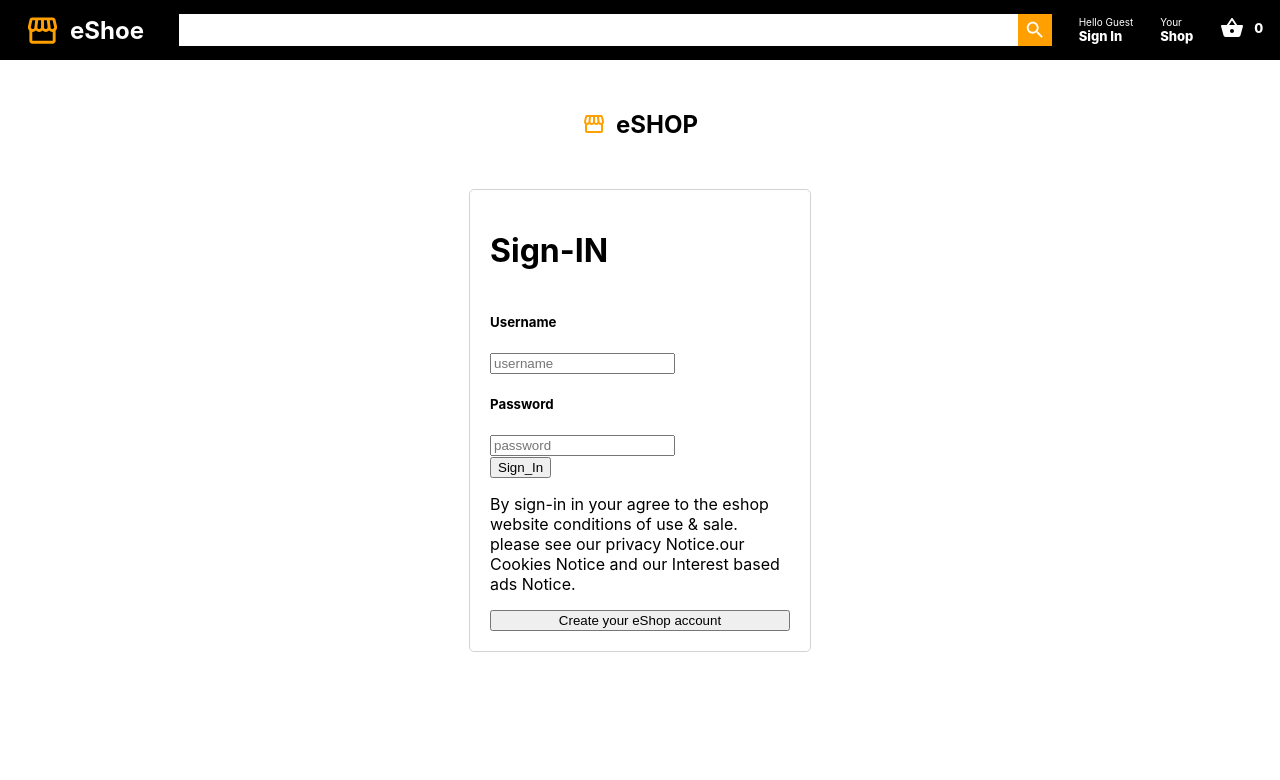
Repository: sandeepreddyvitta/react
Page: /login (app in eshop/)
These files come from the project's save history. The page is drawn as it stood at one moment and after the next save; the edit follows.
The browser window is 1280 px wide. The pictures show the whole page.
The project was rebuilt for these pictures with package versions that can differ from the ones it lists, and the page was loaded fresh each time. Also part of the build but not shown: eshop/src/components/products/product.scss, eshop/src/components/products/Product.js, eshop/src/components/home/home.scss, eshop/src/components/home/Home.js, eshop/src/components/checkOut/checkout.scss, eshop/src/components/checkOut/checkoutproduct.scss, eshop/src/components/checkOut/CheckOutProduct.js, eshop/src/components/checkOut/subtotal.scss and 2 more.

Above is the page before, as saved 2022-12-07 11:42:22.

### eshop/public/index.html
<!DOCTYPE html>
<html lang="en">

<head>
  <meta charset="utf-8" />
  <link rel="icon" href="%PUBLIC_URL%/favicon.ico" />
  <meta name="viewport" content="width=device-width, initial-scale=1" />
  <meta name="theme-color" content="#000000" />
  <meta name="description" content="Web site created using create-react-app" />
  <link rel="apple-touch-icon" href="%PUBLIC_URL%/logo192.png" />
  <!--
      manifest.json provides metadata used when your web app is installed on a
      user's mobile device or desktop. See https://developers.google.com/web/fundamentals/web-app-manifest/
    -->
  <link rel="manifest" href="%PUBLIC_URL%/manifest.json" />

  <!--
      Notice the use of %PUBLIC_URL% in the tags above.
      It will be replaced with the URL of the `public` folder during the build.
      Only files inside the `public` folder can be referenced from the HTML.

      Unlike "/favicon.ico" or "favicon.ico", "%PUBLIC_URL%/favicon.ico" will
      work correctly both with client-side routing and a non-root public URL.
      Learn how to configure a non-root public URL by running `npm run build`.
    -->
  <title>eShop</title>
</head>

<body>
  <noscript>You need to enable JavaScript to run this app.</noscript>
  <div id="root"></div>
  <!--
      This HTML file is a template.
      If you open it directly in the browser, you will see an empty page.

      You can add webfonts, meta tags, or analytics to this file.
      The build step will place the bundled scripts into the <body> tag.

      To begin the development, run `npm start` or `yarn start`.
      To create a production bundle, use `npm run build` or `yarn build`.
    -->
</body>

</html>

### eshop/src/index.js
import React from 'react';
import ReactDOM from 'react-dom/client';
import './index.css';
import App from './App';
import reportWebVitals from './reportWebVitals';
import reducer, { initialState } from './components/data/reducer';
import { StateProvider } from './components/data/StateProvider';

const root = ReactDOM.createRoot(document.getElementById('root'));
root.render(
  <React.StrictMode>
    <StateProvider initialState={initialState} reducer={reducer}>
      <App />
    </StateProvider>
  </React.StrictMode>
);


reportWebVitals();

### eshop/src/App.js
import React, { Children } from 'react'
import Home from './components/home/Home';
import NavBar from './components/navbar/NavBar';
import CheckOut from './components/checkOut/CheckOut'
import { createBrowserRouter, RouterProvider, Route, Outlet } from 'react-router-dom'
import Login from './components/login/Login';


function App() {
  const Layout = () => {
    return (
      <div>
        <NavBar />
        <>
          <Outlet />
        </>
      </div>
    )
  }

  const router = createBrowserRouter([
    {
      path: "/",
      element: <Layout />,
      children: [
        {
          path: '/',
          element: <Home />
        },
        {
          path: "/checkout",
          element: <CheckOut />
        },
        {
          path: '/login',
          element: <Login />
        }
      ]
    },
  ])
  return (
    <div className="App">
      <RouterProvider router={router} />
    </div>
  );
}

export default App;

### eshop/src/components/data/reducer.js
export const initialState = {
    basket: [],
};

export const getTotalAmount = (basket) => {
    console.log(basket)
    return (basket?.reduce((amount, item) => item.price + amount, 0));
}
const reducer = (state = initialState, action) => {
    switch (action.type) {
        case "Add_To_Basket":
            return {
                ...state, basket: [...state.basket, action.item],
            }
        case "Remove_To_Basket":
            const index = state.basket.findIndex(basketitem => basketitem.id === action.id);
            let newBasket = [...state.basket];
            if (index >= 0) {
                newBasket.splice(index, 1);
            }
            else {
                console.warn(`can't remove product id ${action.id} `)
            }
            return {
                ...state, basket: newBasket,
            }
        default:
            return { ...state }
    }
}

export default reducer;

### eshop/src/components/data/StateProvider.js
import React, { createContext, useContext, useReducer } from 'react'

export const StateContext = createContext();

export const StateProvider = ({ reducer, initialState, children }) => (
    <StateContext.Provider value={useReducer(reducer, initialState)}>
        {children}
    </StateContext.Provider>
);

export const useStateValue = () => useContext(StateContext);

### eshop/src/components/navbar/NavBar.js
import './navbar.scss'
import ShoppingBasketIcon from '@mui/icons-material/ShoppingBasket';
import StorefrontIcon from '@mui/icons-material/Storefront';
import SearchIcon from '@mui/icons-material/Search';
import { Link } from 'react-router-dom'
import { useStateValue } from '../data/StateProvider';
const NavBar = () => {
    const [{ basket }, dispatch] = useStateValue();
    return (
        <div className='navBar'>
            <Link to='/' style={{ textDecoration: "none" }}>
                <div className='headerLogo'>
                    <StorefrontIcon fontSize='large' className='storeIcon' />
                    <h2 className="title">eShoe</h2>
                </div>

            </Link>
            <div className='searchBar'>
                <input type="text" className='searchBarInput' />
                <SearchIcon className='searchIcon' />
            </div>
            <div className='userItems'>
                <Link to='/login' style={{ textDecoration: "none" }}>
                    <div className='headerItem'>
                        <span className='nav_itemOne'>Hello Guest</span>
                        <span className='nav_itemTwo'>Sign In</span>
                    </div>
                </Link>
                <div className='headerItem'>
                    <span className='nav_itemOne'>Your</span>
                    <span className='nav_itemTwo'>Shop</span>
                </div>
                <div className='headerItem'>
                    <Link to="/checkout" style={{ textDecoration: "none" }}>
                        <div className='basket'>
                            <ShoppingBasketIcon className='basketIcon' />
                            <span className='nav_itemTwo'>{basket.length}</span>
                        </div>
                    </Link>
                </div>
            </div>
        </div >
    )
}

export default NavBar

### eshop/src/components/login/Login.js
import { StorefrontOutlined } from '@material-ui/icons';
import { useState } from 'react'
import { Link } from 'react-router-dom';
import './login.scss'

const Login = () => {
    const [userName, setUserName] = useState('');
    const [password, setPassword] = useState('');
    return (
        <div className='login'>
            <Link to='/' style={{ textDecoration: "none" }}>
                <div className='logo'>
                    <StorefrontOutlined className='icon' fontsize='large' />
                    <h2 className='title'>eSHOP</h2>
                </div>
            </Link>
            <div className='loginContainer'>
                <h1>Sign-IN</h1>
                <form>
                    <h5>Username</h5>
                    <input type="text" value={userName} name="userName" onChange={e => setUserName(e.target.value)} placeholder="username" />
                    <h5>Password</h5>
                    <input type="password" value={password} name="password" onChange={e => setPassword(e.target.value)} placeholder="password" /><br />
                    <button type="submit">Sign_In</button>
                </form>
                <p>
                    By sign-in in your agree to the eshop website conditions of use & sale.
                    please see our privacy Notice.our Cookies Notice and our Interest based ads Notice.
                </p>
                <button className='register'> Create your eShop account</button>
            </div>
        </div>
    )
}

export default Login

### eshop/src/components/navbar/navbar.scss
.navBar{
    height: 60px;
    display: flex;
    align-items: center;
    background-color: black;
    color: white;
    position: sticky;
    z-index: 2;
    top:0;
    .headerLogo{
        display: flex;
        flex:1;
        align-items:center;
        color:#ff9f00;
        margin: 0px 25px;
        .storeIcon{
            margin-right: 10px;
        }
        .title{
            text-decoration: none;
            color:white;
            border: 0;
        }
    }
    .searchBar{
        display: flex;
        flex:4;
        align-items:center;
        border-radius: 24px;
        margin: 0 10px;
        .searchBarInput{

            height: 12px;
            padding: 10px;
            border: none;
            width: 100%;
        }
        .searchIcon{
            height:22px;
            padding: 5px;
            background-color:#ff9f00;
            cursor: pointer;
        }
    }
    .userItems{
        display: flex;
        flex: 1;
        justify-content: space-evenly;
        .headerItem{
            display: flex;
            flex-direction: column;
            margin: 0px 10px;
            color:white;
            .nav_itemOne{
                font-size: 10px;
            }
            .nav_itemTwo{
                font-size: 13px;
                font-weight: 800;
            }
            .basket{
                display: flex;
                align-items:center;
                color:white;
                .basketIcon{
                    margin-right: 10px;
                }
            }
        }
    }
}

### eshop/src/components/login/login.scss
.login{
    display: flex;
    flex-direction: column;
    align-items:center;
    background-color: white;
    height: 100vh;
    .logo{
        display: flex;
        align-items: center;
        margin: 30px 0px;
        .icon{
            color:#ff9f00;
        }
        .title{
            color:black;
            margin-left: 10px;
        }
    }
    .loginContainer{
        display: flex;
        flex-direction: column;
        height: fit-content;
        width:300px;
        border:1px solid lightgray;
        border-radius: 5px;
        padding: 20px;
    }
}

Loaded but not shown: eshop/src/index.css (common file); eshop/src/reportWebVitals.js (common file)

After the next save:
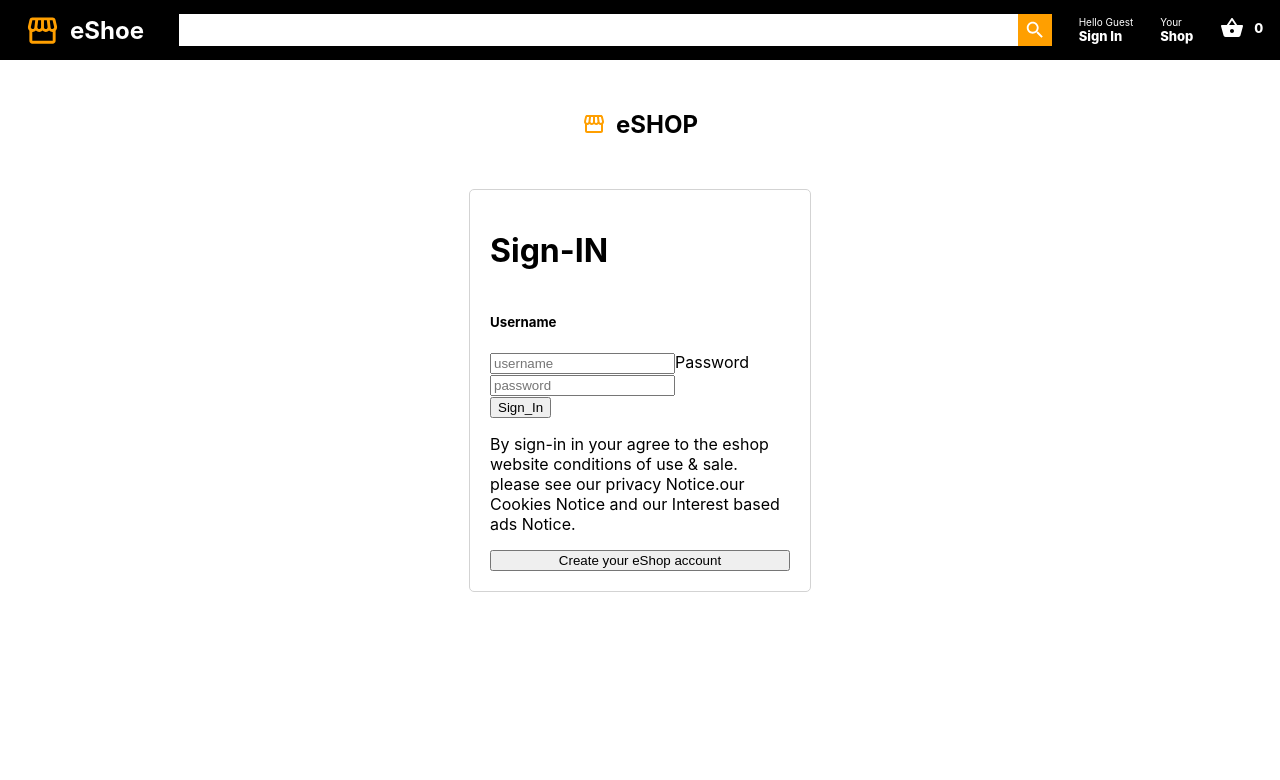
Saved 18 s later.
--- a/eshop/src/components/login/Login.js
+++ b/eshop/src/components/login/Login.js
@@ -19,7 +19,7 @@ const Login = () => {
                 <form>
                     <h5>Username</h5>
                     <input type="text" value={userName} name="userName" onChange={e => setUserName(e.target.value)} placeholder="username" />
-                    <h5>Password</h5>
+                    <label>Password</label>
                     <input type="password" value={password} name="password" onChange={e => setPassword(e.target.value)} placeholder="password" /><br />
                     <button type="submit">Sign_In</button>
                 </form>
